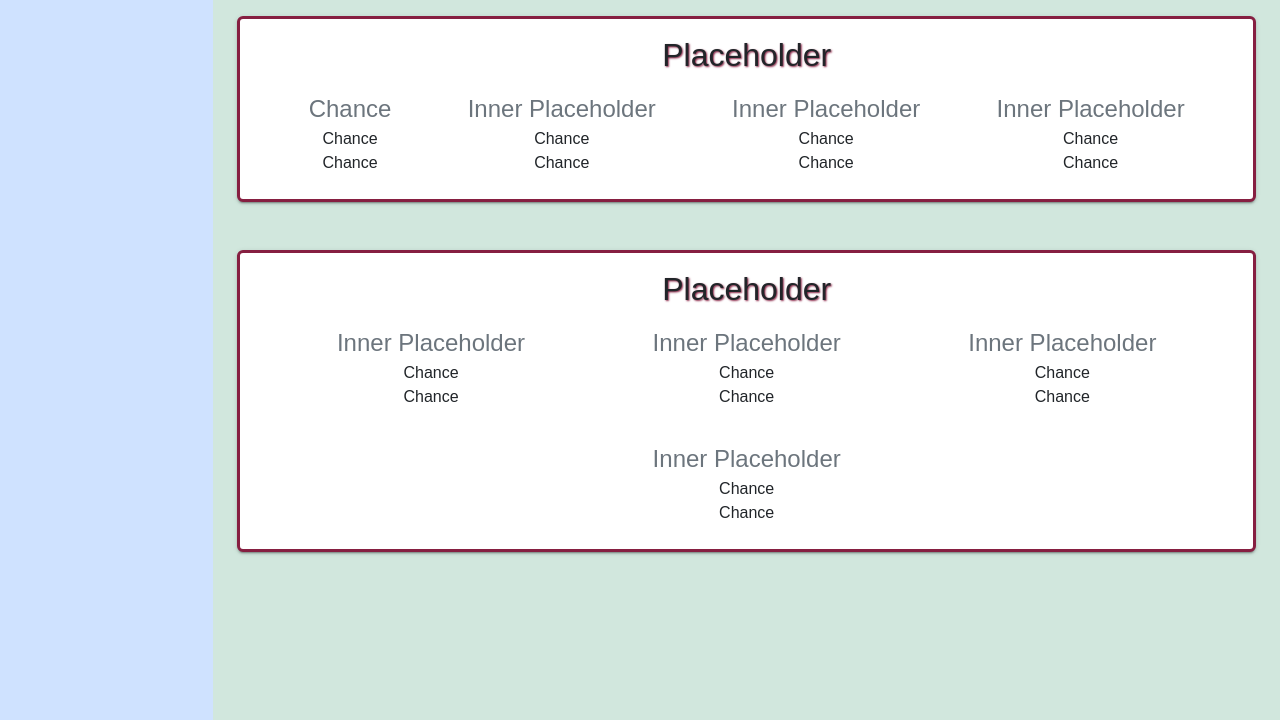
Repository: chancellor-w-whitaker/bec-tab
Page: /
The author's editor kept a copy of each file at every save. The page is drawn from the files as they stood at one save, then again after the next save.
The browser window is 1280 px wide. The pictures show the whole page.
Some web fonts or font styles are not loaded; a fallback is used. The project was rebuilt for these pictures with package versions that can differ from the ones it lists, and the page was loaded fresh each time. Also part of the build but not shown: vite.config.js.

Above is the page before, as saved 2024-01-08 22:43:56.

### src/main.jsx
// Bootstrap Bundle JS
import "bootstrap/dist/js/bootstrap.bundle.min";
// Bootstrap CSS
import "bootstrap/dist/css/bootstrap.min.css";
import ReactDOM from "react-dom/client";
import React from "react";

import App from "./CleanedApp.jsx";
import "./index.css";

ReactDOM.createRoot(document.getElementById("root")).render(
  <React.StrictMode>
    <App />
  </React.StrictMode>
);

### src/CleanedApp.jsx
const CleanedApp = () => {
  return (
    <>
      <div className="container-fluid">
        <div className="row">
          <Sidebar></Sidebar>
          <MainContent></MainContent>
        </div>
      </div>
    </>
  );
};

const Sidebar = () => {
  return (
    <>
      <div className="col-md-3 col-xl-2 p-3 bg-primary-subtle sidebar-lg-sticky overflow-auto text-break"></div>
    </>
  );
};

const MainContent = () => {
  return (
    <>
      <div className="col-md-9 col-xl-10 ms-sm-auto px-md-4 py-3 bg-success-subtle">
        <div className="d-flex flex-column gap-5 text-center">
          <SecondaryContent>
            <TertiaryContent title="Chance">
              <div>Chance</div>
              <div>Chance</div>
            </TertiaryContent>
            <TertiaryContent>
              <div>Chance</div>
              <div>Chance</div>
            </TertiaryContent>
            <TertiaryContent>
              <div>Chance</div>
              <div>Chance</div>
            </TertiaryContent>
            <TertiaryContent>
              <div>Chance</div>
              <div>Chance</div>
            </TertiaryContent>
          </SecondaryContent>
          <SecondaryContent className="children-w-250px">
            <TertiaryContent>
              <div>Chance</div>
              <div>Chance</div>
            </TertiaryContent>
            <TertiaryContent>
              <div>Chance</div>
              <div>Chance</div>
            </TertiaryContent>
            <TertiaryContent>
              <div>Chance</div>
              <div>Chance</div>
            </TertiaryContent>
            <TertiaryContent>
              <div>Chance</div>
              <div>Chance</div>
            </TertiaryContent>
          </SecondaryContent>
        </div>
      </div>
    </>
  );
};

const SecondaryContent = ({
  title = "Placeholder",
  className = "",
  children,
}) => {
  return (
    <div className="bg-white rounded p-3 d-flex flex-column gap-2 eku-border shadow-sm">
      <div className="fs-2 eku-text-shadow lh-sm">{title}</div>
      <div
        className={`d-flex flex-row flex-wrap justify-content-evenly gap-3 ${className}`.trimEnd()}
      >
        {children}
      </div>
    </div>
  );
};

const TertiaryContent = ({ title = "Inner Placeholder", children }) => {
  return (
    <div className="p-2 d-flex flex-column tertiary-content">
      <div className="fs-4 text-secondary fw-medium">{title}</div>
      <div className="d-flex flex-column">{children}</div>
    </div>
  );
};

export default CleanedApp;

### src/index.css
@font-face {
  font-family: poppins;
  font-style: normal;
  font-weight: 400;
  src: local("Poppins"),
    url(https://fonts.cdnfonts.com/s/16009/Poppins-Regular.woff) format("woff");
}
@font-face {
  font-family: poppins;
  font-style: normal;
  font-weight: 400;
  src: local("Poppins"),
    url(https://fonts.cdnfonts.com/s/16009/Poppins-Regular.woff) format("woff");
}
@font-face {
  font-family: poppins;
  font-style: italic;
  font-weight: 400;
  src: local("Poppins"),
    url(https://fonts.cdnfonts.com/s/16009/Poppins-Italic.woff) format("woff");
}
@font-face {
  font-family: poppins;
  font-style: italic;
  font-weight: 400;
  src: local("Poppins"),
    url(https://fonts.cdnfonts.com/s/16009/Poppins-Italic.woff) format("woff");
}
@font-face {
  font-family: poppins;
  font-style: normal;
  font-weight: 250;
  src: local("Poppins"),
    url(https://fonts.cdnfonts.com/s/16009/Poppins-Thin.woff) format("woff");
}
@font-face {
  font-family: poppins;
  font-style: normal;
  font-weight: 250;
  src: local("Poppins"),
    url(https://fonts.cdnfonts.com/s/16009/Poppins-Thin.woff) format("woff");
}
@font-face {
  font-family: poppins;
  font-style: italic;
  font-weight: 250;
  src: local("Poppins"),
    url(https://fonts.cdnfonts.com/s/16009/Poppins-ThinItalic.woff)
      format("woff");
}
@font-face {
  font-family: poppins;
  font-style: italic;
  font-weight: 250;
  src: local("Poppins"),
    url(https://fonts.cdnfonts.com/s/16009/Poppins-ThinItalic.woff)
      format("woff");
}
@font-face {
  font-family: poppins;
  font-style: normal;
  font-weight: 275;
  src: local("Poppins"),
    url(https://fonts.cdnfonts.com/s/16009/Poppins-ExtraLight.woff)
      format("woff");
}
@font-face {
  font-family: poppins;
  font-style: normal;
  font-weight: 275;
  src: local("Poppins"),
    url(https://fonts.cdnfonts.com/s/16009/Poppins-ExtraLight.woff)
      format("woff");
}
@font-face {
  font-family: poppins;
  font-style: italic;
  font-weight: 275;
  src: local("Poppins"),
    url(https://fonts.cdnfonts.com/s/16009/Poppins-ExtraLightItalic.woff)
      format("woff");
}
@font-face {
  font-family: poppins;
  font-style: italic;
  font-weight: 275;
  src: local("Poppins"),
    url(https://fonts.cdnfonts.com/s/16009/Poppins-ExtraLightItalic.woff)
      format("woff");
}
@font-face {
  font-family: poppins;
  font-style: normal;
  font-weight: 300;
  src: local("Poppins"),
    url(https://fonts.cdnfonts.com/s/16009/Poppins-Light.woff) format("woff");
}
@font-face {
  font-family: poppins;
  font-style: normal;
  font-weight: 300;
  src: local("Poppins"),
    url(https://fonts.cdnfonts.com/s/16009/Poppins-Light.woff) format("woff");
}
@font-face {
  font-family: poppins;
  font-style: italic;
  font-weight: 300;
  src: local("Poppins"),
    url(https://fonts.cdnfonts.com/s/16009/Poppins-LightItalic.woff)
      format("woff");
}
@font-face {
  font-family: poppins;
  font-style: italic;
  font-weight: 300;
  src: local("Poppins"),
    url(https://fonts.cdnfonts.com/s/16009/Poppins-LightItalic.woff)
      format("woff");
}
@font-face {
  font-family: poppins;
  font-style: normal;
  font-weight: 500;
  src: local("Poppins"),
    url(https://fonts.cdnfonts.com/s/16009/Poppins-Medium.woff) format("woff");
}
@font-face {
  font-family: poppins;
  font-style: normal;
  font-weight: 500;
  src: local("Poppins"),
    url(https://fonts.cdnfonts.com/s/16009/Poppins-Medium.woff) format("woff");
}
@font-face {
  font-family: poppins;
  font-style: italic;
  font-weight: 500;
  src: local("Poppins"),
    url(https://fonts.cdnfonts.com/s/16009/Poppins-MediumItalic.woff)
      format("woff");
}
@font-face {
  font-family: poppins;
  font-style: italic;
  font-weight: 500;
  src: local("Poppins"),
    url(https://fonts.cdnfonts.com/s/16009/Poppins-MediumItalic.woff)
      format("woff");
}
@font-face {
  font-family: poppins;
  font-style: normal;
  font-weight: 600;
  src: local("Poppins"),
    url(https://fonts.cdnfonts.com/s/16009/Poppins-SemiBold.woff) format("woff");
}
@font-face {
  font-family: poppins;
  font-style: normal;
  font-weight: 600;
  src: local("Poppins"),
    url(https://fonts.cdnfonts.com/s/16009/Poppins-SemiBold.woff) format("woff");
}
@font-face {
  font-family: poppins;
  font-style: italic;
  font-weight: 600;
  src: local("Poppins"),
    url(https://fonts.cdnfonts.com/s/16009/Poppins-SemiBoldItalic.woff)
      format("woff");
}
@font-face {
  font-family: poppins;
  font-style: italic;
  font-weight: 600;
  src: local("Poppins"),
    url(https://fonts.cdnfonts.com/s/16009/Poppins-SemiBoldItalic.woff)
      format("woff");
}
@font-face {
  font-family: poppins;
  font-style: normal;
  font-weight: 700;
  src: local("Poppins"),
    url(https://fonts.cdnfonts.com/s/16009/Poppins-Bold.woff) format("woff");
}
@font-face {
  font-family: poppins;
  font-style: normal;
  font-weight: 700;
  src: local("Poppins"),
    url(https://fonts.cdnfonts.com/s/16009/Poppins-Bold.woff) format("woff");
}
@font-face {
  font-family: poppins;
  font-style: italic;
  font-weight: 700;
  src: local("Poppins"),
    url(https://fonts.cdnfonts.com/s/16009/Poppins-BoldItalic.woff)
      format("woff");
}
@font-face {
  font-family: poppins;
  font-style: italic;
  font-weight: 700;
  src: local("Poppins"),
    url(https://fonts.cdnfonts.com/s/16009/Poppins-BoldItalic.woff)
      format("woff");
}
@font-face {
  font-family: poppins;
  font-style: normal;
  font-weight: 800;
  src: local("Poppins"),
    url(https://fonts.cdnfonts.com/s/16009/Poppins-ExtraBold.woff)
      format("woff");
}
@font-face {
  font-family: poppins;
  font-style: normal;
  font-weight: 800;
  src: local("Poppins"),
    url(https://fonts.cdnfonts.com/s/16009/Poppins-ExtraBold.woff)
      format("woff");
}
@font-face {
  font-family: poppins;
  font-style: italic;
  font-weight: 800;
  src: local("Poppins"),
    url(https://fonts.cdnfonts.com/s/16009/Poppins-ExtraBoldItalic.woff)
      format("woff");
}
@font-face {
  font-family: poppins;
  font-style: italic;
  font-weight: 800;
  src: local("Poppins"),
    url(https://fonts.cdnfonts.com/s/16009/Poppins-ExtraBoldItalic.woff)
      format("woff");
}
@font-face {
  font-family: poppins;
  font-style: normal;
  font-weight: 900;
  src: local("Poppins"),
    url(https://fonts.cdnfonts.com/s/16009/Poppins-Black.woff) format("woff");
}
@font-face {
  font-family: poppins;
  font-style: normal;
  font-weight: 900;
  src: local("Poppins"),
    url(https://fonts.cdnfonts.com/s/16009/Poppins-Black.woff) format("woff");
}
@font-face {
  font-family: poppins;
  font-style: italic;
  font-weight: 900;
  src: local("Poppins"),
    url(https://fonts.cdnfonts.com/s/16009/Poppins-BlackItalic.woff)
      format("woff");
}
@font-face {
  font-family: poppins;
  font-style: italic;
  font-weight: 900;
  src: local("Poppins"),
    url(https://fonts.cdnfonts.com/s/16009/Poppins-BlackItalic.woff)
      format("woff");
}

:root,
[data-bs-theme="light"] {
  --eku-maroon: #861f41;

  --bs-font-sans-serif: "Poppins", sans-serif;

  --bs-box-shadow: 0px 3px 3px -2px rgba(0, 0, 0, 0.2),
    0px 3px 4px 0px rgba(0, 0, 0, 0.14), 0px 1px 8px 0px rgba(0, 0, 0, 0.12);
  --bs-box-shadow-sm: 0px 3px 1px -2px rgba(0, 0, 0, 0.2),
    0px 2px 2px 0px rgba(0, 0, 0, 0.14), 0px 1px 5px 0px rgba(0, 0, 0, 0.12);
  --bs-box-shadow-lg: 0px 2px 4px -1px rgba(0, 0, 0, 0.2),
    0px 4px 5px 0px rgba(0, 0, 0, 0.14), 0px 1px 10px 0px rgba(0, 0, 0, 0.12);
}

@media (min-width: 768px) {
  .sidebar-lg-sticky {
    inset-block-start: 0;
    position: sticky;
    height: 100vh;
  }
}

.eku-border {
  border: 3px solid var(--eku-maroon);
}

.eku-text-shadow {
  text-shadow: 1px 1px 2px var(--eku-maroon);
}

.children-w-250px > .tertiary-content {
  width: 250px;
}

Loaded but not shown: index.html (common file)

After the next save:
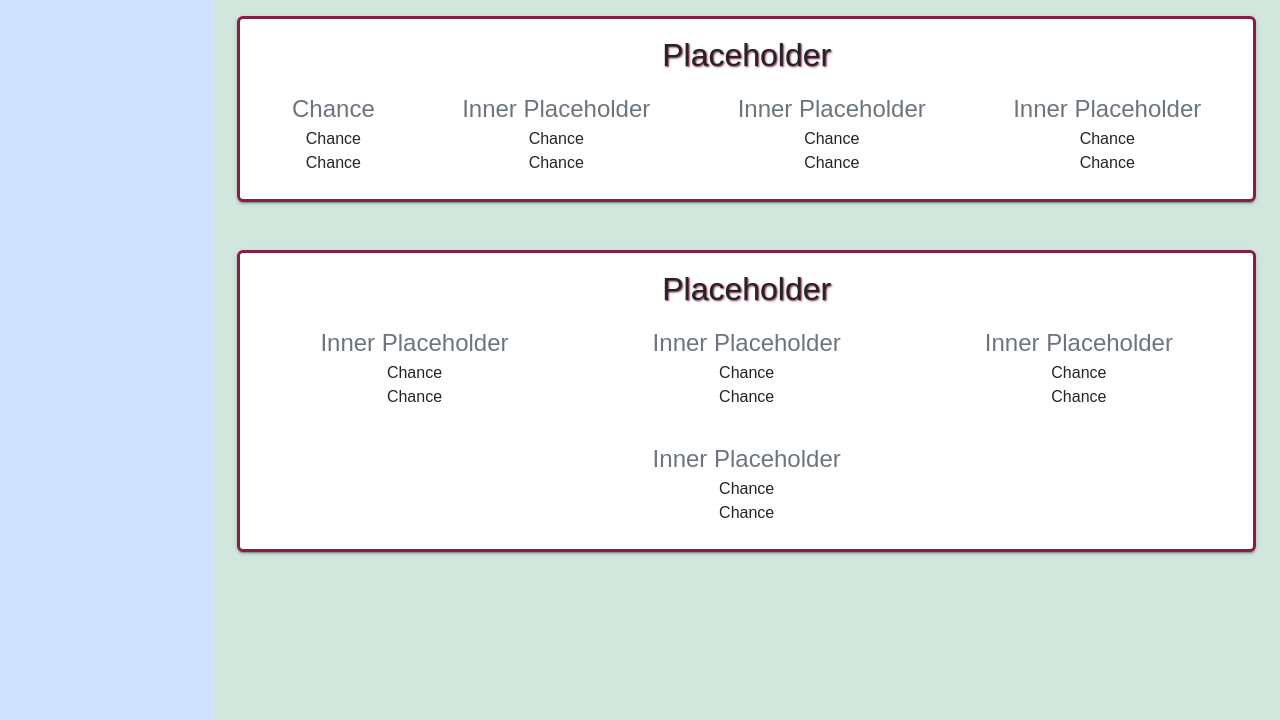
Saved 10 s later.
--- a/src/CleanedApp.jsx
+++ b/src/CleanedApp.jsx
@@ -75,7 +75,7 @@
     <div className="bg-white rounded p-3 d-flex flex-column gap-2 eku-border shadow-sm">
       <div className="fs-2 eku-text-shadow lh-sm">{title}</div>
       <div
-        className={`d-flex flex-row flex-wrap justify-content-evenly gap-3 ${className}`.trimEnd()}
+        className={`d-flex flex-row flex-wrap justify-content-around gap-3 ${className}`.trimEnd()}
       >
         {children}
       </div>

After the save that followed:
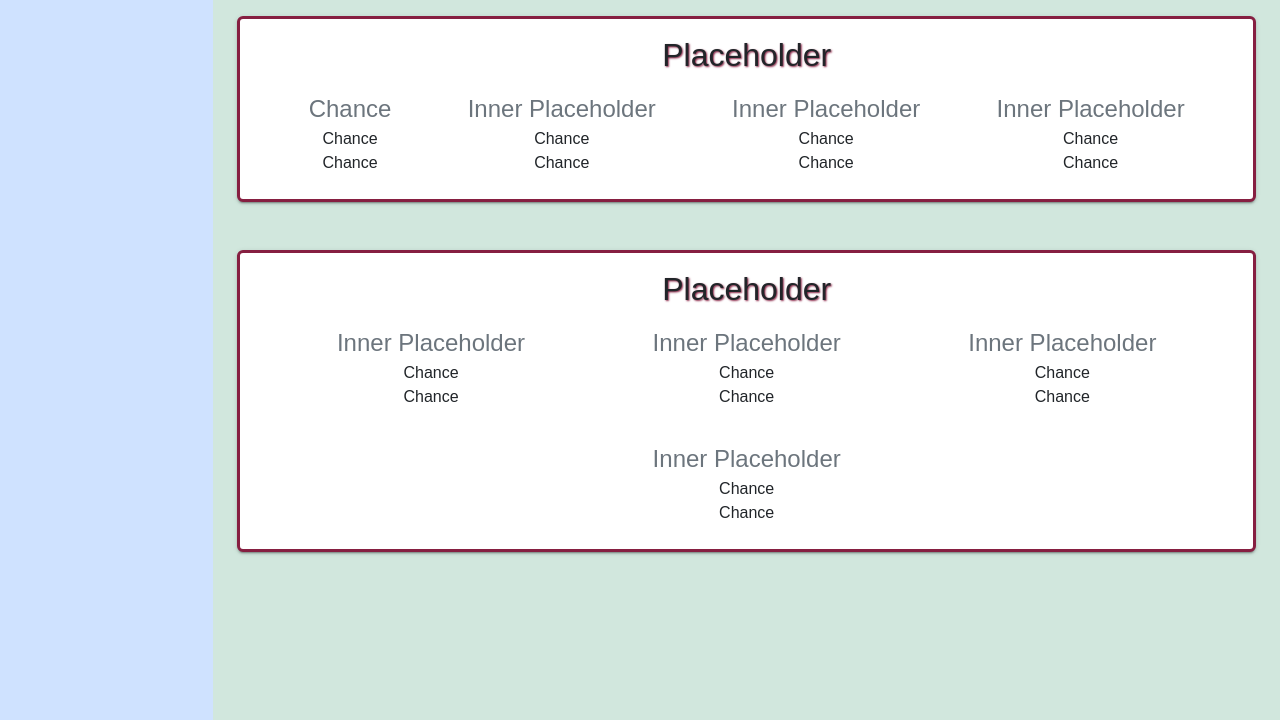
Saved 11 s later.
--- a/src/CleanedApp.jsx
+++ b/src/CleanedApp.jsx
@@ -75,7 +75,7 @@
     <div className="bg-white rounded p-3 d-flex flex-column gap-2 eku-border shadow-sm">
       <div className="fs-2 eku-text-shadow lh-sm">{title}</div>
       <div
-        className={`d-flex flex-row flex-wrap justify-content-around gap-3 ${className}`.trimEnd()}
+        className={`d-flex flex-row flex-wrap justify-content-evenly gap-3 ${className}`.trimEnd()}
       >
         {children}
       </div>
